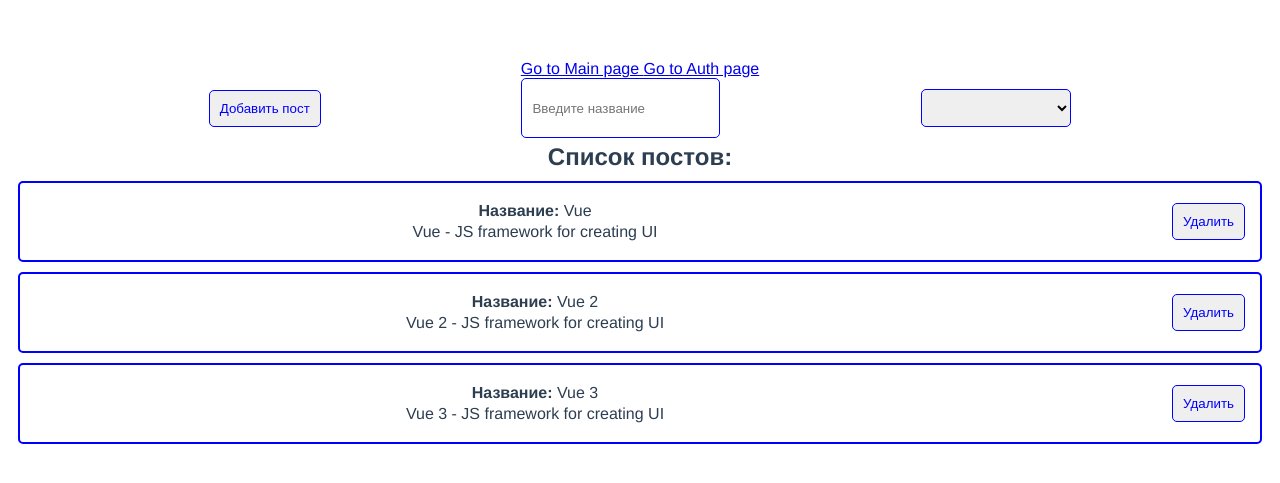
Repository: agamirzoev/vueversion2
Page: /
The author's editor kept a copy of each file at every save. The page is drawn from the files as they stood at one save, then again after the next save.
The browser window is 1280 px wide. The pictures show the whole page.
The page's requests for data from a server got no answer. The project was rebuilt for these pictures with package versions that can differ from the ones it lists, and the page was loaded fresh each time. No one was signed in, and anything a server would have sent is missing. Also part of the build but not shown: vue.config.js, src/components/PostForm.vue, src/components/UI/MyInput.vue.

Above is the page before, as saved 2022-08-15 16:05:48.

### src/main.js
import Vue from 'vue';
import App from './App.vue';
import store from '@/store'
import routes from '@/routes';
import VueRouter from 'vue-router';
import components from '@/components/UI';

Vue.config.productionTip = false

Vue.use(VueRouter);

const router = new VueRouter({
  routes,
})

components.forEach((component) => {
  Vue.component(component.name, component);
})

const app = new Vue({
  router,
  store,
  render: h => h(App),
});

app.$mount('#app');

### src/App.vue
<template>
  <div id="app">
    <header-bar />
    <router-view>

    </router-view>
  </div>
</template>

<script>
import HeaderBar from '@/components/HeaderBar.vue';

export default {
  name: 'App',
  components: {
    HeaderBar,
  }
}
</script>

<style>
#app {
  font-family: Avenir, Helvetica, Arial, sans-serif;
  -webkit-font-smoothing: antialiased;
  -moz-osx-font-smoothing: grayscale;
  text-align: center;
  color: #2c3e50;
  margin-top: 60px;
}
</style>

### src/store/index.js
import Vue from 'vue';
import Vuex from 'vuex';
import post from '@/store/modules/postModule';

Vue.use(Vuex);

export default new Vuex.Store({
  modules: {
    post
  }
})

### src/routes.js
import MainPage from '@/pages/MainPage.vue';

const routes = [
  {
        path: '/',
        component: MainPage,
      },
      {
        path: '/auth',
        component: () => import('@/pages/AuthPage.vue'),
      }
]

export default routes;

### src/components/UI/index.js
import MyButton from '@/components/UI/MyButton'
import MyInput from '@/components/UI/MyInput'
import MyModal from '@/components/UI/MyModal'
import MySelect from '@/components/UI/MySelect'

export default [
  MyButton, MyInput, MyModal, MySelect
]

### src/components/HeaderBar.vue
<template>
  <div>
    <router-link to="/">
      Go to Main page
    </router-link>
    <router-link to="/auth">
      Go to Auth page
    </router-link>
  </div>
</template>

<script>
export default {};
</script>

### src/store/modules/postModule.js
import axios from 'axios';

export default {
  actions: {
    async fetchPosts(context) {
      const response = await axios.get(
        "https://jsonplaceholder.typicode.com/posts?_limit=21"
      );
      const posts = await response.data;
      console.log(posts)
      context.commit('updatePosts', posts)
    }
  },
  mutations: {
    updatePosts(state, posts) {
      console.log(posts)
      state.posts = posts
    }
  },
  state: {
    posts: []
  },
  getters: {
    async getPosts(state) {
      const response = await axios.get(
        "https://jsonplaceholder.typicode.com/posts?_limit=21"
      );
      state.posts = await response.data;
      console.log(state.posts)
      return state.posts
    }
  },
}

### src/pages/MainPage.vue
<template>
  <div>
    <div class="addpostbtnbox">
      <my-button class="add-post__btn" @showModal="showModal">
        Добавить пост
      </my-button>
      <input
        class="post-search"
        type="text"
        placeholder="Введите название"
        v-model="searchQuery"
      />
      <my-select v-model="selectedSort" :options="sortOptions" />
    </div>
    <my-modal v-model="isModalShow" :isModalShow="isModalShow" @showModal="showModal">
      <post-form :posts="posts" @create="createPost" />
    </my-modal>
    <post-list
      :posts="sortedAndSearchedAndPaginatedPosts"
      :totalPostsLength="totalPostsLength"
      v-model="currentPage"
      @getCurrentPage="getCurrentPagePosts"
      @delete="deletePost"
      v-if="!isPostLoading"
    />
    <div v-else class="loader">
      Посты загружаются.
      <hr />
      Пожалуйста, подождите
      <pulse-loader :loading="isPostLoading" color="blue" />
    </div>
  </div>
</template>

<script>
// import axios from "axios";
import { mapGetters } from 'vuex';
import PostForm from "@/components/PostForm";
import PostList from "@/components/PostList";
import PulseLoader from "vue-spinner/src/PulseLoader.vue";

export default {
  components: {
    PostList,
    PostForm,
    PulseLoader,
  },
  data() {
    return {
      posts: [
        { id: 1, title: "Vue", body: "Vue - JS framework for creating UI" },
        { id: 2, title: "Vue 2", body: "Vue 2 - JS framework for creating UI" },
        { id: 3, title: "Vue 3", body: "Vue 3 - JS framework for creating UI" },
      ],
      isModalShow: false,
      isPostLoading: false,
      modificatorValue: "",
      selectedSort: "",
      sortOptions: [
        { value: "title", name: "По названию" },
        { value: "body", name: "По описанию" },
      ],
      searchQuery: "",
      currentPage: 1,
      postsOnPage: 5,
      totalPostsLength: 0,
    };
  },
  computed: {
    sortedPosts() {
      const posts = [...this.posts];
      // const result = [
      //   ...this.posts.sort((post1, post2) =>
      //     post1[this.selectedSort]?.localeCompare(post2[this.selectedSort])
      //   ),
      // ];
      return posts.sort((post1, post2) =>
          post1[this.selectedSort]?.localeCompare(post2[this.selectedSort])
        );
    },
    sortedAndSearchedPosts() {
      const result = this.sortedPosts.filter((post) =>
        post.title.toLowerCase().includes(this.searchQuery.toLowerCase())
      );
      // this.totalPostsLength = result.length;
      // this.currentPage = 1;
      return result;
    },
    sortedAndSearchedAndPaginatedPosts() {
      const start = (this.currentPage - 1) * this.postsOnPage;
      const end = start + this.postsOnPage;
      return this.sortedAndSearchedPosts.slice(start, end);
    },
    ...mapGetters(['getPosts']),
  },
  watch: {
    // sortedPosts() {
    //   const result = [
    //     ...this.posts.sort((post1, post2) =>
    //       post1[this.selectedSort]?.localeCompare(post2[this.selectedSort])
    //     ),
    //   ];
    //   return result;
    // },
    sortedAndSearchedPosts() {
      const result = this.sortedPosts.filter((post) =>
        post.title.toLowerCase().includes(this.searchQuery.toLowerCase())
      );
      this.totalPostsLength = result.length;
      this.currentPage = 1;
      return result;
    },
    sortedAndSearchedAndPaginatedPosts() {
      const start = (this.currentPage - 1) * this.postsOnPage;
      const end = start + this.postsOnPage;
      return this.sortedAndSearchedPosts.slice(start, end);
    },
  },
  mounted() {
    // this.posts = this.$store.getters.getPosts
    this.$store.getters.getPosts.then((data) => {
      setTimeout(() => this.posts = data, 1000);
    })
  },
  methods: {
    createPost(post) {
      this.posts.push({
        title: post.title,
        body: post.body,
        id: Date.now(),
      });
      this.isModalShow = false;
      this.currentPage = Math.ceil(this.posts.length / 5);
      console.log(this.currentPage)
    },
    deletePost(id) {
      this.posts = this.posts.filter((item) => item.id !== id);
    },
    showModal(isModalShow) {
      this.isModalShow = isModalShow;
    },
    getCurrentPagePosts(currentPage) {
      this.currentPage = currentPage;
    },
    // async fetchPosts() {
    //   try {
    //     this.isPostLoading = true;
    //     const response = await axios.get(
    //       "https://jsonplaceholder.typicode.com/posts?_limit=21"
    //     );
    //     this.posts = await response.data;
    //     setTimeout(() => {
    //       this.isPostLoading = false;
    //     }, 2000);
    //   } catch (e) {
    //     alert(e);
    //   }
    // },
  },
};
</script>

<style scoped>
.addpostbtnbox {
  display: flex;
  width: 100%;
  justify-content: space-evenly;
}
.add-post__btn {
  place-self: center;
}
.post-search {
  min-width: fit-content;
  width: 150px;
  height: 38px;
  border: 1px solid blue;
  border-radius: 5px;
  place-self: center;
  padding: 10px;
}
.loader {
  position: absolute;
  top: 50%;
  left: 50%;
  transform: translate(-50%, -50%);
  display: flex;
  flex-direction: column;
  place-items: center;
}
</style>

### src/components/UI/MyButton.vue
<template>
  <button class="my-button" @click="btnHandler">
    <slot>

    </slot>
  </button>
</template>
<script>
export default {
  name: 'my-button',
  data() {
    return {
      isModalShow: true,
    }
  },
  methods: {
    btnHandler() {
      this.$emit('showModal', this.isModalShow);
      this.$emit('delete')
    }
  },
  props: {
    showModal: {
      type: Function,
    }
  }
};
</script>
<style scoped>
.my-button {
  padding: 10px;
  margin: 5px 0;
  border: 1px solid blue;
  color: blue;
  border-radius: 5px;
  max-width: 200px;
}
</style>

### src/components/UI/MyModal.vue
<template>
  <div class="modal" v-if="this.$props.isModalShow" @click.stop="hideDialog">
    <div @click.stop class="modal__content">
      <slot></slot>
    </div>
  </div>
</template>
<script>
export default {
  name: "my-modal",
  methods: {
    hideDialog() {
      this.$emit('showModal', false)
    }
  },
  props: {
    isModalShow: {
      type: Boolean,
      default: false,
    }
  }
}
</script>
<style scoped>

  .modal {
    top: 0;
    bottom: 0;
    right: 0;
    left: 0;
    background: rgba(0,0,0, 0.5);
    position: fixed;
    display: flex;
  }

  .modal__content {
    margin: auto;
    border-radius: 6px;
    background-color: white;
    min-height: 50px;
    min-width: 300px;
    padding: 20px;
    max-width: 600px;
    width: 100%;
  }

</style>

### src/components/UI/MySelect.vue
<template>
  <select class="select" v-model="selectedOption" @change="changeOption">
    <option disabled value="">Выберите из списка</option>
    <option
      v-for="option in options"
      :key="option.value"
      :value="option.value"
    >
      {{ option.name }}
    </option>
  </select>
</template>
<script>
export default {
  name: "my-select",
  data() {
    return {
      selectedOption: this.$props.modelValue,
    }
  },
  props: {
    modelValue: {
      type: String
    },
    options: {
      type: Array,
      default: () => []
    }
  },
  methods: {
    changeOption(e) {
      this.$emit('update:modelValue', e.target.value)
    }
  }
};
</script>
<style scoped>
.select {
  min-width: fit-content;
  width: 150px;
  height: 38px;
  border: 1px solid blue;
  border-radius: 5px;
  place-self: center;
}
</style>

### src/components/PostList.vue
<template>
  <div v-if="posts.length > 0">
    <h2 class="postlist__header">Cписок постов:</h2>
    <transition-group name="post-list" class="transition">
      <post-item
        class="post"
        v-for="post in posts"
        v-bind:key="post.id"
        :post="post"
        @delete="deletePost"
      />
    </transition-group>
    <div class="pagination-btns__box">
      <button
        v-for="(index) in Math.ceil(this.totalPostsLength / 5)"
        v-bind:key="index"
        @click="getCurrentPage"
        v-bind:class="`${setCurrentPageClass(index)}`"
      >
        {{ index }}
      </button>
    </div>
  </div>
  <div v-else>
    <h2 class="postlist__header">Cписок постов пуст!</h2>
  </div>
</template>

<script>
import PostItem from "@/components/PostItem.vue";

export default {
  components: {
    PostItem,
  },
  data() {
    return {
      currentPage: 1,
    };
  },
  mounted() {
    // console.log(this.$props.posts)
  },
  methods: {
    deletePost(id) {
      this.$emit("delete", id);
    },
    getCurrentPage(e) {
      this.currentPage = +(e.target.textContent);
      this.$emit("getCurrentPage", this.currentPage);
    },
    setCurrentPageClass(index) {
      return index === this.currentPage ? "pagination-btn__active" : "pagination-btn";
    }
  },
  props: {
    posts: {
      type: Array,
      required: true,
    },
    totalPostsLength: {
      type: Number,
      required: true,
    }
  },
};
</script>

<style scoped>
.postlist__header {
  text-align: center;
  margin: 5px 0;
}
.post {
  padding: 15px;
  border: 2px solid blue;
  margin: 10px;
  border-radius: 5px;
  display: flex;
  justify-content: space-between;
}
.post-list {
  position: absolute;
}
.post-list-item {
  display: inline-block;
  margin-right: 10px;
}
.post-list-enter-active,
.post-list-leave-active {
  transition: all 0.5s cubic-bezier(0.77, 0, 0.175, 1);
}
.post-list-enter-from,
.post-list-leave-to {
  opacity: 0;
  transform: cubic-bezier(0.77, 0, 0.175, 1)
}
.post-list-move {
  transition: transform 0.8s ease;
}
.pagination-btns__box {
  display: flex;
  justify-content: center;
}
.pagination-btns__box>button {
  width: 30px;
  height: 30px;
  margin-right: 3px;
  border: 1px solid grey;
  border-radius: 4px;
}
.pagination-btn {
  background-color: white;
}
.pagination-btn:hover {
  background-color: rgba(34, 65, 243, 0.781);
}
.pagination-btn__active {
  background-color: greenyellow;
}
.pagination-btn__active:hover {
  background-color: rgba(0, 128, 28, 0.541);
}
</style>

### src/components/PostItem.vue
<template>
  <div>
    <div class="post-text__box">
      <div class="post-title"><strong> Название: </strong> {{ post.title }}</div>
      <div>{{ post.body }}</div>
    </div>
    <div class="post__btns">
      <my-button @delete="deletePost">Удалить</my-button>
      <!-- <my-button @click="editPost">Редактировать</my-button> -->
    </div>
  </div>
</template>
<script>
export default {
  emits: ['delete'],
  data() {
    return {
    }
  },
  props: {
    post: {
      type: Object,
      required: true,
    },
  },
  methods: {
    deletePost() {
      this.$emit("delete", this.$props.post.id);
    },
  },
};
</script>
<style scoped>
  .post-text__box {
    display: flex;
    flex-direction: column;
    justify-content: space-evenly;
  }
  .post-title {
    width: 1000px;
    text-overflow: ellipsis;
  }
  .post__btns {
    display: flex;
    flex-direction: column;
    place-content: space-evenly;
  }
</style>

Loaded but not shown: public/index.html (common file)

After the next save:
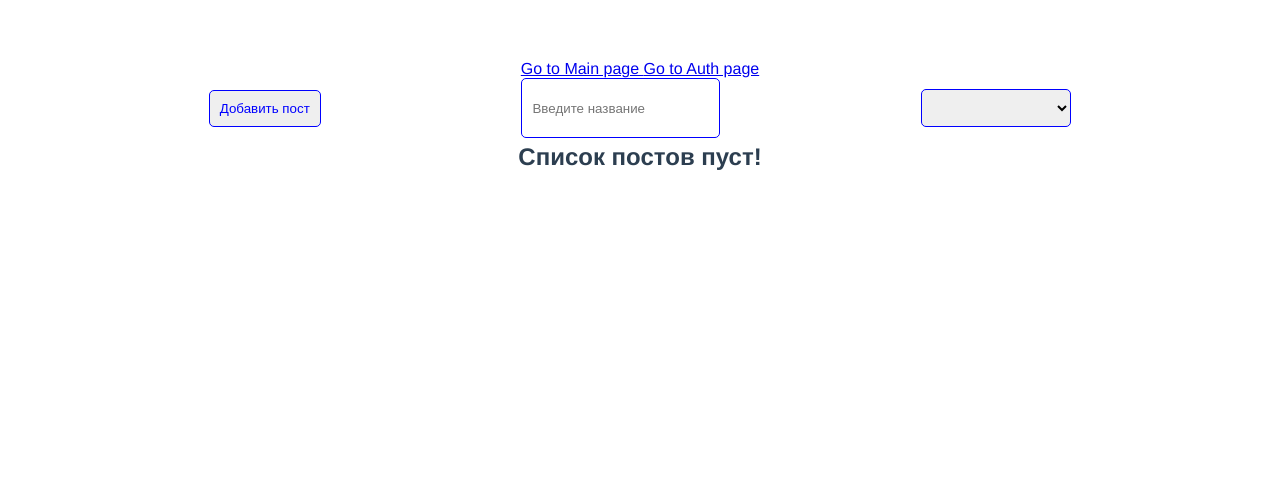
Saved 32 s later.
--- a/src/pages/MainPage.vue
+++ b/src/pages/MainPage.vue
@@ -48,9 +48,9 @@ export default {
   data() {
     return {
       posts: [
-        { id: 1, title: "Vue", body: "Vue - JS framework for creating UI" },
-        { id: 2, title: "Vue 2", body: "Vue 2 - JS framework for creating UI" },
-        { id: 3, title: "Vue 3", body: "Vue 3 - JS framework for creating UI" },
+        // { id: 1, title: "Vue", body: "Vue - JS framework for creating UI" },
+        // { id: 2, title: "Vue 2", body: "Vue 2 - JS framework for creating UI" },
+        // { id: 3, title: "Vue 3", body: "Vue 3 - JS framework for creating UI" },
       ],
       isModalShow: false,
       isPostLoading: false,
